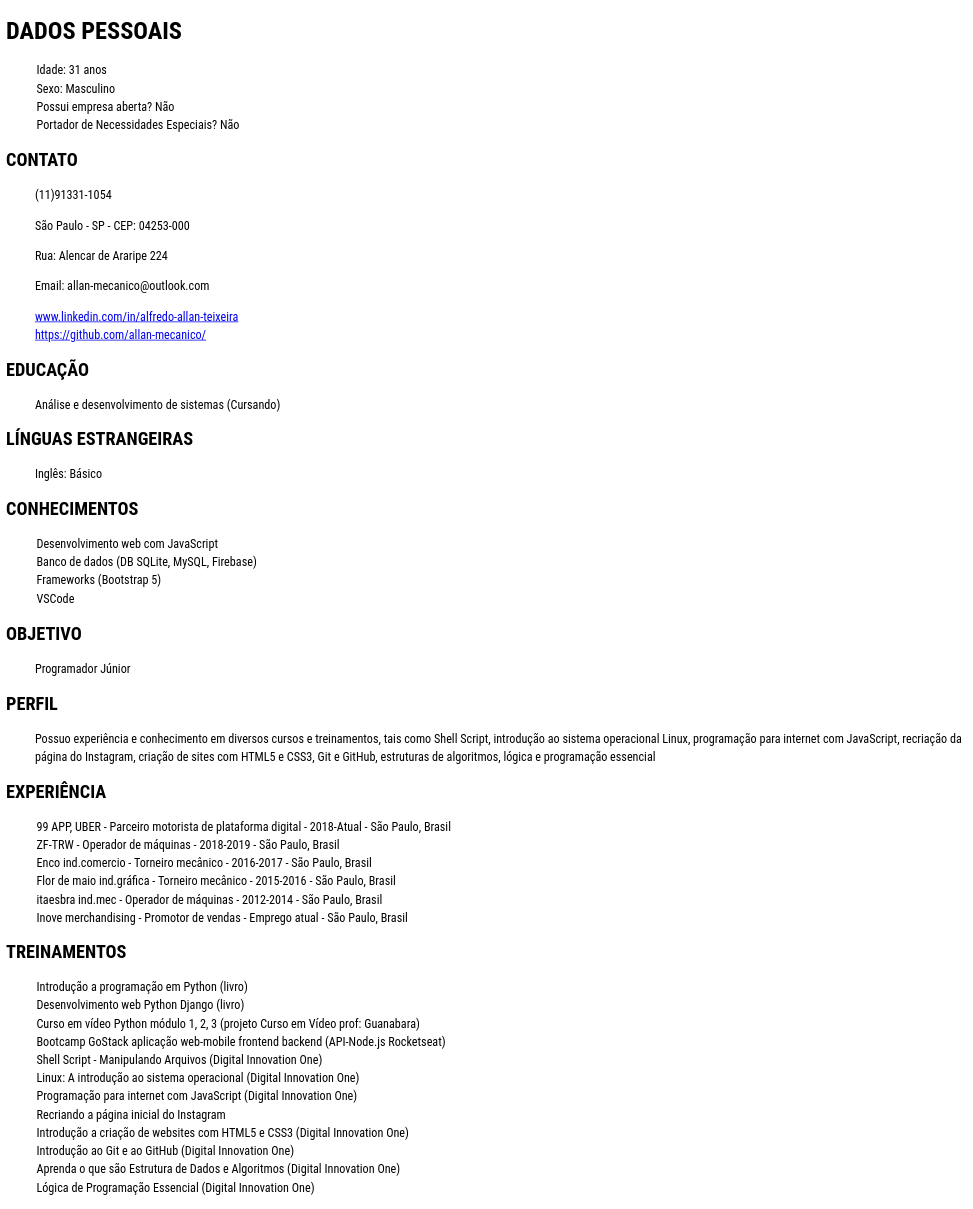
Repository: alfredo-allan/Portfolio
Page: curriculo.html
The author's editor kept a copy of each file at every save. The page is drawn from the files as they stood at one save, then again after a run of saves.
The browser window is 1280 px wide. The pictures show the whole page, at 76% of full size.

Above is the page before, as saved 2024-03-20 15:17:04.

### curriculo.html
<!DOCTYPE html>
<html lang="pt-BR">

<head>
	<meta charset="UTF-8">
	<meta name="viewport" content="width=device-width, initial-scale=1.0">
	<link rel="stylesheet" href="./src/assets/styles/curriculo.css" />

	<title>Alfredo Allan Teixeira Sousa</title>
</head>

<body>

	<h1>DADOS PESSOAIS</h1>
	<ul>
		<li>Idade: 31 anos</li>
		<li>Sexo: Masculino</li>
		<li>Possui empresa aberta? Não</li>
		<li>Portador de Necessidades Especiais? Não</li>
	</ul>

	<h2>CONTATO</h2>
	<p>(11)91331-1054</p>
	<p>São Paulo - SP - CEP: 04253-000</p>
	<p>Rua: Alencar de Araripe 224</p>
	<p>Email: allan-mecanico@outlook.com</p>

	<a href="www.linkedin.com/in/alfredo-allan-teixeira-ba2701149/">www.linkedin.com/in/alfredo-allan-teixeira</a>
	<br>
	<a href="https://github.com/allan-mecanico/">https://github.com/allan-mecanico/</a>

	<h2>EDUCAÇÃO</h2>
	<p>Análise e desenvolvimento de sistemas (Cursando)</p>

	<h2>LÍNGUAS ESTRANGEIRAS</h2>
	<p>Inglês: Básico</p>

	<h2>CONHECIMENTOS</h2>
	<ul>
		<li>Desenvolvimento web com JavaScript</li>
		<li>Banco de dados (DB SQLite, MySQL, Firebase)</li>
		<li>Frameworks (Bootstrap 5)</li>
		<li>VSCode</li>
	</ul>

	<h2>OBJETIVO</h2>
	<p>Programador Júnior</p>

	<h2>PERFIL</h2>
	<p>Possuo experiência e conhecimento em diversos cursos e treinamentos, tais como Shell Script, introdução ao sistema
		operacional Linux, programação para internet com JavaScript, recriação da página do Instagram, criação de sites com
		HTML5 e CSS3, Git e GitHub, estruturas de algoritmos, lógica e programação essencial</p>

	<h2>EXPERIÊNCIA</h2>
	<ul>
		<li>99 APP, UBER - Parceiro motorista de plataforma digital - 2018-Atual - São Paulo, Brasil</li>
		<li>ZF-TRW - Operador de máquinas - 2018-2019 - São Paulo, Brasil</li>
		<li>Enco ind.comercio - Torneiro mecânico - 2016-2017 - São Paulo, Brasil</li>
		<li>Flor de maio ind.gráfica - Torneiro mecânico - 2015-2016 - São Paulo, Brasil</li>
		<li>itaesbra ind.mec - Operador de máquinas - 2012-2014 - São Paulo, Brasil</li>
		<li>Inove merchandising - Promotor de vendas - Emprego atual - São Paulo, Brasil</li>
	</ul>

	<h2>TREINAMENTOS</h2>
	<ul>
		<li>Introdução a programação em Python (livro)</li>
		<li>Desenvolvimento web Python Django (livro)</li>
		<li>Curso em vídeo Python módulo 1, 2, 3 (projeto Curso em Vídeo prof: Guanabara)</li>
		<li>Bootcamp GoStack aplicação web-mobile frontend backend (API-Node.js Rocketseat)</li>
		<li>Shell Script - Manipulando Arquivos (Digital Innovation One)</li>
		<li>Linux: A introdução ao sistema operacional (Digital Innovation One)</li>
		<li>Programação para internet com JavaScript (Digital Innovation One)</li>
		<li>Recriando a página inicial do Instagram</li>
		<li>Introdução a criação de websites com HTML5 e CSS3 (Digital Innovation One)</li>
		<li>Introdução ao Git e ao GitHub (Digital Innovation One)</li>
		<li>Aprenda o que são Estrutura de Dados e Algoritmos (Digital Innovation One)</li>
		<li>Lógica de Programação Essencial (Digital Innovation One)</li>
	</ul>

</body>

</html>

### src/assets/styles/curriculo.css
:root {
	--roboto-condensed: "Roboto Condensed", sans-serif;

}

body {
	font-family: var(--roboto-condensed);
	ul {
		li{
				list-style: none;
				line-height: 1.5;
	}
}
	p {
		list-style: none;
		line-height: 1.5;
		margin-left: 3%;
	}
	a {
				margin-left: 3%;
				line-height: 1.5;
	}
}

After the next 2 saves:
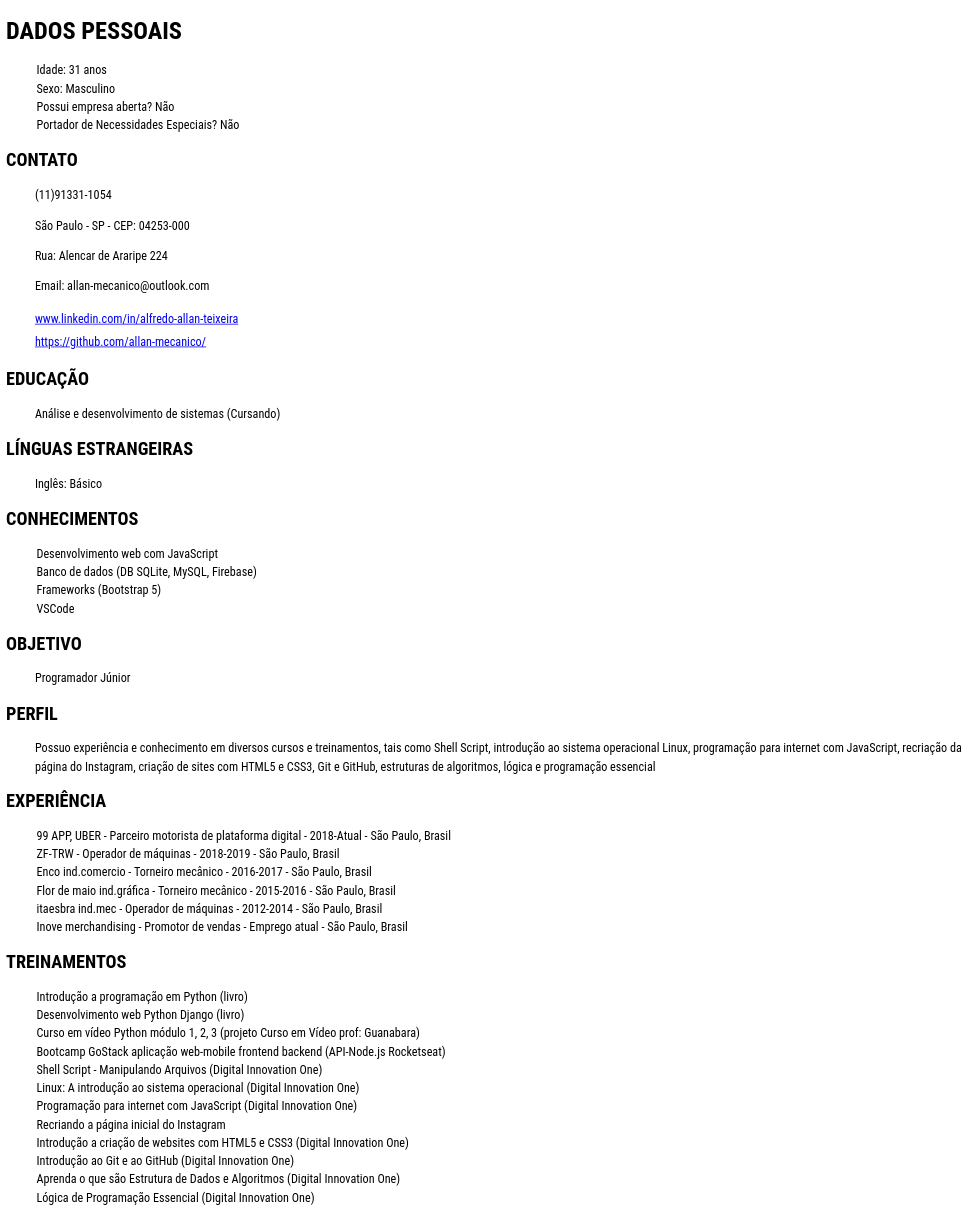
The 2 saves are shown as one change because they came seconds apart.
The last was saved 38 s later.
--- a/src/assets/styles/curriculo.css
+++ b/src/assets/styles/curriculo.css
@@ -18,6 +18,6 @@ body {
 	}
 	a {
 				margin-left: 3%;
-				line-height: 1.5;
+				line-height: 1.9;
 	}
 }
